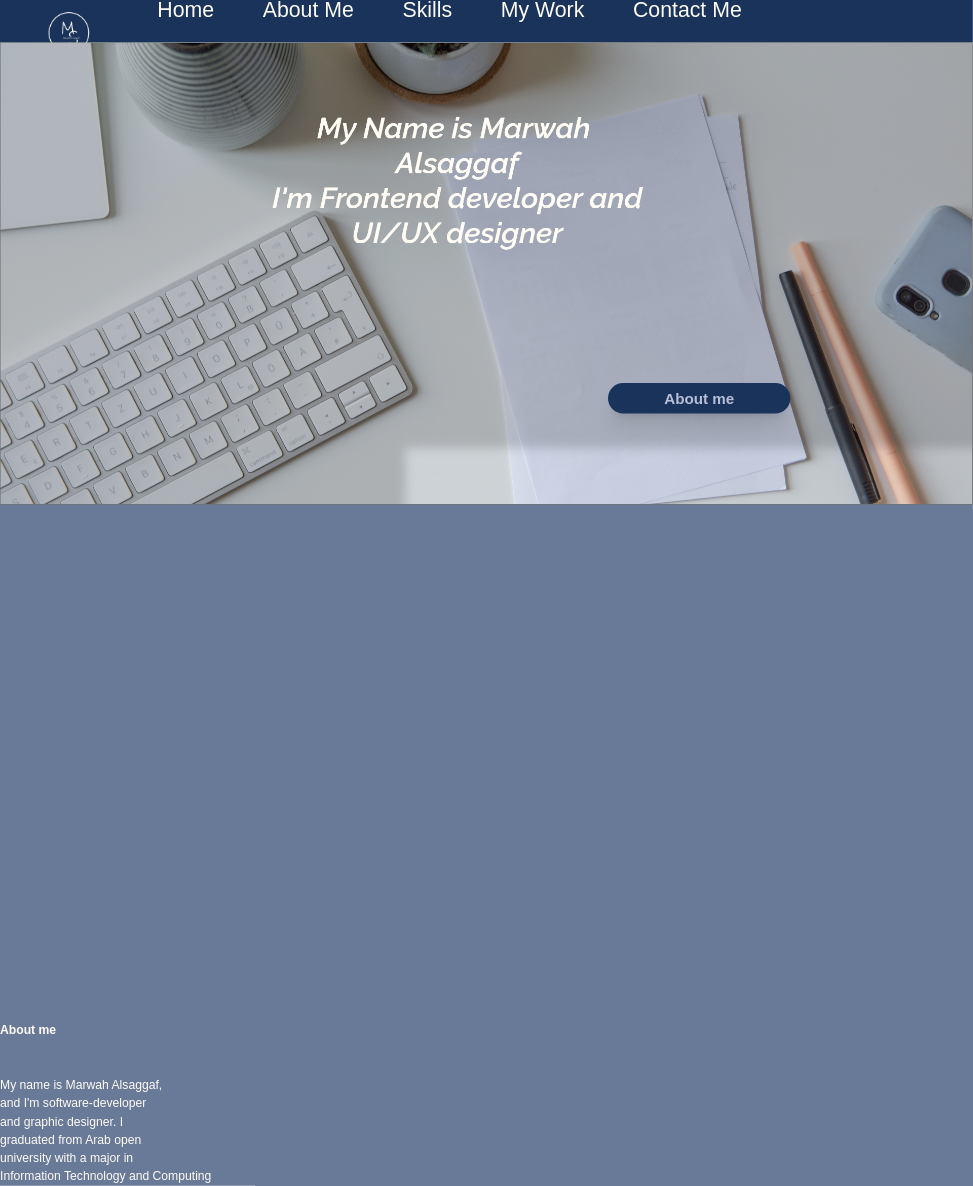
Repository: MEROO1010/my_portfolio
Page: /
The author's editor kept a copy of each file at every save. The page is drawn from the files as they stood at one save, then again after the next save.
The browser window is 1280 px wide. The pictures show the whole page, at 76% of full size.
The project was rebuilt for these pictures with package versions that can differ from the ones it lists, and the page was loaded fresh each time. The framework's server and built-in components were replaced by stand-ins that run in the browser. Also part of the build but not shown: next.config.js.

Above is the page before, as saved 2023-03-10 02:21:25.

After the next save:
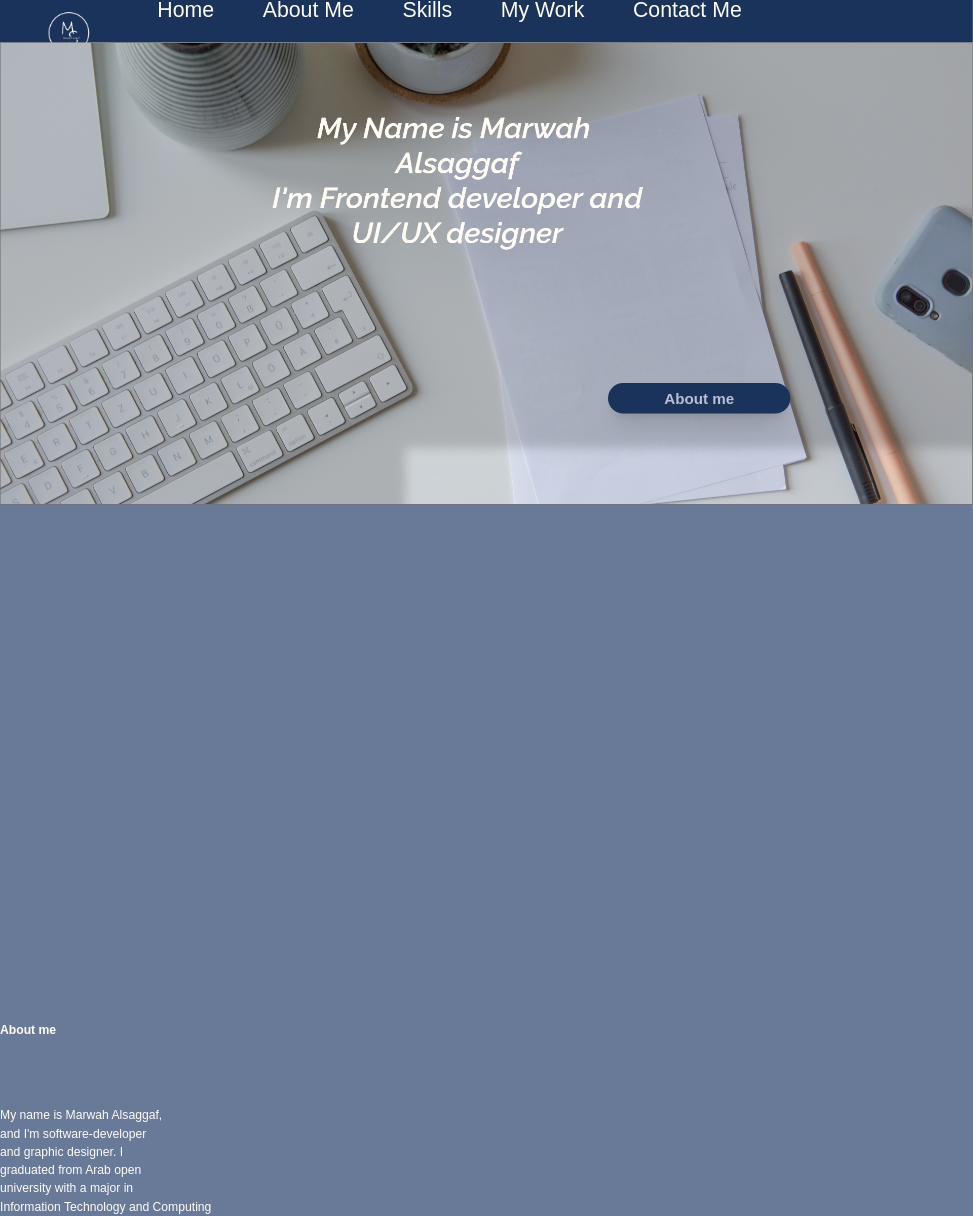
Saved 5 s later.
--- a/pages/components/AboutMe.tsx
+++ b/pages/components/AboutMe.tsx
@@ -12,7 +12,7 @@ const AboutMe = () => {
 
 
         <div className="text-[#FFFCF6] ">
-            <h1 className=" static py-2 my-4 top-40 font-raleway font-bold ">About me</h1>
+            <h1 className=" static py-2 my-14 top-40 font-raleway font-bold ">About me</h1>
             <br/>
             <p className='font-raleway font-italic'>
             My name is Marwah Alsaggaf,<br/> and I'm software-developer <br/>
